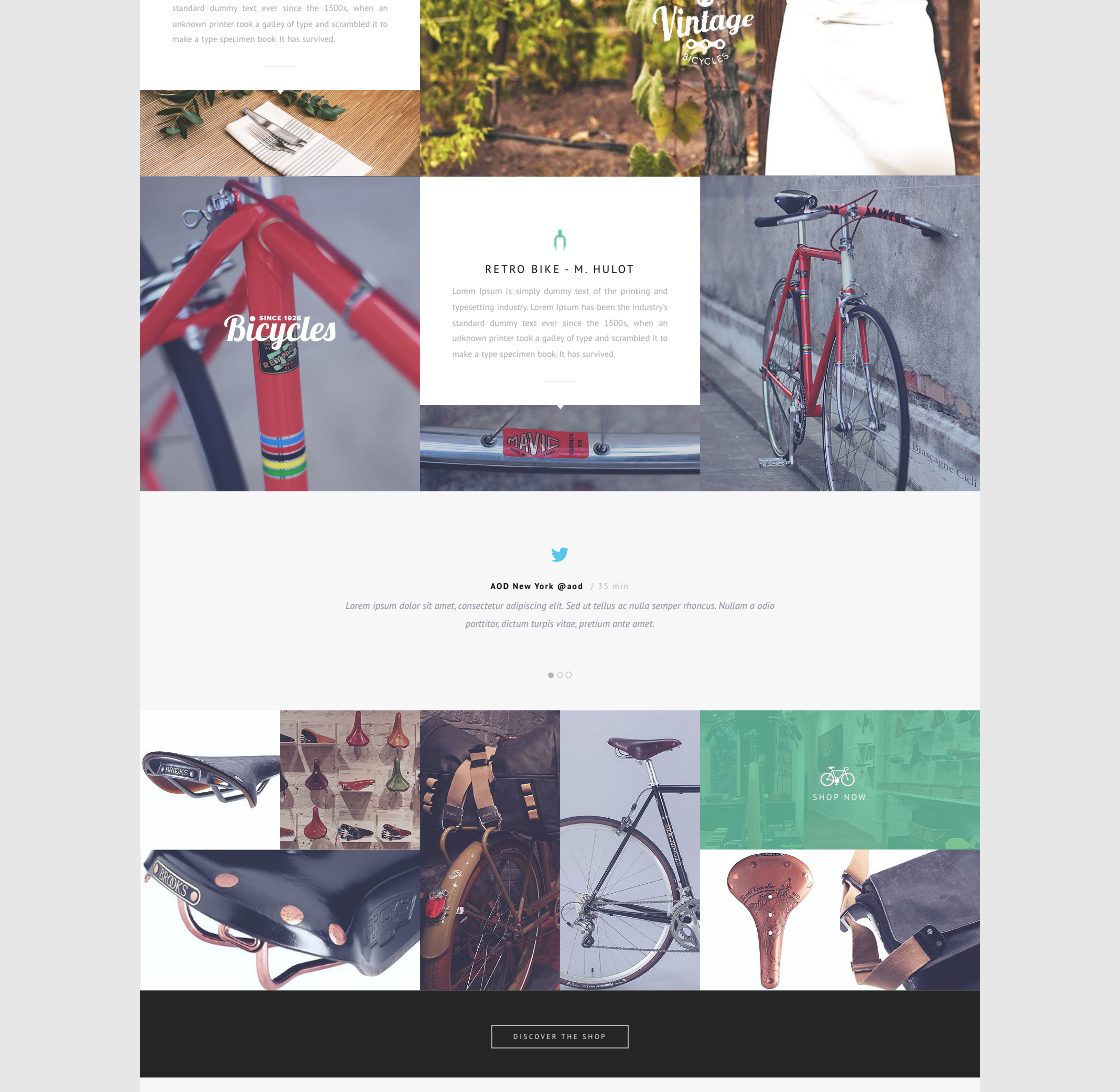
Repository: vancodes/longtable
Page: index.html
These files come from the project's save history. The page is drawn as it stood at one moment and after the next save; the edit follows.
The browser window is 1280 px wide. The page is 1600 px wide, so the pictures cover 1600 px, including what lies to the right of the window. The pictures show the part of the page from y = 1822 to 3382 px (the page is 3520 px tall before and 3069 px after), at 70% of full size.

Above is the page before, as saved 2019-04-08 15:10:26.

### index.html
<!DOCTYPE html>
<html>

<head>
  <meta charset="utf-8">
  <link href="index.css" type="text/css" rel="stylesheet">
  <title>Long table</title>
</head>

<body>
  <div class="wrapper">
    <!--Intro Section-->
    <div class="topbar">
      <h1>
      <ul>
        <li><a href="#">About Us</a></li>
    	   <p>.</p>
        <li><a href="#">Info</a></li>
        <li><a href="#"><img src="assets\logo.png" alt="logo"></a></li>
        <li><a href="https://www.gofundme.com/breast-lung-and-melanoma-cancer">Donate</a></li>
    	   <p>.</p>
        <li><a href="#">Contact</a></li>
      </ul>
    </h1>
    </div>
    <div class="hero">
      <img src="assets/cover.jpg" alt="">
    </div>
    <!--Navigation Section-->
    <div class="main" align="center">
      <div class="first">
        <img src="assets\breast-cancer-icon.png" alt="bike chain">
        <h2>Long table dinner fundraiser</h2>
        <h4>When: TBD Kelowna</h4>
        <h4>Where: TBD Summer 2019</h4>
        <p>Join us for an long table diner by Chef x. This dinner raise for Shenah Mochenski to get treatment for cancer and rheumatoid arthritis at the TrueNorth Health Center</p>
        <div class="email-container">
            <button>Join us</button>
          </div>
      </div>
      <!--Image Section-->
      <div class="bike-images">
        <div class="first-container">
          <div class="first-left">
            <div id="bike-logo">
              <img src="assets/bike.png" alt="bike logo">
            </div>
            <div id="logo">
              <img src="assets/bicycle-company-logo.png" alt="company logo">
            </div>
            <div id="vintage-left">
              <img src="assets\bike-1.jpg" alt="bike handle">
            </div>
          </div>
          <div class="first-right">
            <div class="location">
              <img src="assets\location-icon.png" alt="frame icon">
            </div>
            <div id="vintage-text">
              <h3>WHERE</h3>
              <p>Lorem Ipsum is simply dummy text of the printing and typesetting industry. Lorem Ipsum has been the industry's standard dummy text ever since the 1500s, when an unknown printer took a galley of type and scrambled it to make a type specimen
                book. It has survived.</p>
            </div>
            <div class="divider-line"></div>
            <div id="first-vintage-seat">
              <img img src="assets\seat.jpg" alt="bike seat">
            </div>
            <div class="arrow-down"></div>
          </div>
        </div>
        <div class="second-container">
          <div class="second-left">
            <div class="chef">
              <img src="assets\chef-icon.png" alt="sprocket icon">
            </div>
            <div id="vintage-text">
              <h3>CHEF</h3>
              <p>Lorem Ipsum is simply dummy text of the printing and typesetting industry. Lorem Ipsum has been the industry's standard dummy text ever since the 1500s, when an unknown printer took a galley of type and scrambled it to make a type specimen
                book. It has survived.</p>
            </div>
            <div class="divider-line"></div>
            <div id="second-chef">
              <img src="assets\chef-2.jpg" alt="vintage bike seat">
            </div>
            <div class="arrow-down"></div>
          </div>
          <div class="second-right">
            <div id="vintage-logo">
              <img src="assets\vintage-logo.png" alt="vintage bike logo">
            </div>
            <div id="chef">
              <img src="assets\chef.jpg" alt="chef">
            </div>
          </div>
        </div>
        <div class="retro-container">
          <div class="retro-left">
            <div id="retro-logo">
              <img src="assets/bicycle-logo.png" alt="Since 1962 logo">
            </div>
            <div id="retro-bike">
              <img src="assets\bike-rail.jpg" alt="bike rail">
            </div>
          </div>
          <div class="retro-middle">
            <div class="steering">
              <img src="assets\steering-icon.png" alt="steering icon">
            </div>
            <div id="vintage-text">
              <h3>Retro Bike - M. Hulot</h3>
              <p>Lorem Ipsum is simply dummy text of the printing and typesetting industry. Lorem Ipsum has been the industry's standard dummy text ever since the 1500s, when an unknown printer took a galley of type and scrambled it to make a type specimen
                book. It has survived.</p>
            </div>
            <div class="divider-line"></div>
            <div class="arrow-down"></div>
            <div id="retro-rail">
              <img src="assets\mavic.jpg" alt="vintage bike seat">
            </div>
          </div>
          <div class="retro-right">
            <div id="retro-bike-right">
              <img src="assets\bike-2.jpg" alt="retro bike">
            </div>
          </div>
        </div>
      </div>
      <!--Social Section-->
      <div class="main" align="center">
        <div class="last">
          <img src="assets\twitter-icon.png" alt="Twitter icon"><br>
          <span>AOD New York @aod</span>
          <span class="twitter-time"> / 35 min</span >
            <p>Lorem ipsum dolor sit amet, consectetur adipiscing elit. Sed ut tellus ac nulla semper rhoncus. Nullam a odio porttitor, dictum turpis vitae, pretium ante amet.</p>
          </div>
      </div>
<!--slider-->
    <div class="slider">
      <span class="dotfirst"></span>
          <span class="dot"></span>
          <span class="dot"></span>
        </div>
        <!--Photo Collage-->
        <div class="bottom-container">
          <div class="bottom-left">
            <div id="image-one">
              <img src="assets\bottom-image-1.jpg" alt="">
            </div>
            <div id="image-one">
              <img src="assets\bottom-image-2.jpg" alt="">
            </div>
            <div id="brooks-seat">
              <img src="assets\brooks-seat.png" alt="">
            </div>
          </div>
          <div class="bottom-middle">
            <div id="image-three">
              <img src="assets\bottom-image-3.jpg" alt="">
            </div>
            <div id="image-three">
              <img src="assets\bottom-image-4.jpg" alt="">
            </div>
          </div>
          <div class="bottom-right">
            <div id="bottom-bike-logo">
              <img src="assets/bike.png" alt="bike logo">
            </div>
            <div class="bottom-text">
              <p>shop now</p>
            </div>
            <div id="image-five">
              <img src="assets\bottom-image-5.jpg" alt="">
            </div>
            <div id="image-five">
              <img src="assets\bottom-image-6.jpg" alt="">
            </div>
          </div>
        </div>
        <div class="discover-container">
          <div class="discover-text">
            <button>discover the shop</button>
          </div>
        </div>
      </div>
      <div class="main" align="center">
        <div class="footer-container">
          <div class="footer-left">
            <span>AOD New York</span>
            <span class="footer-text">
      <p>2250 Lexington Avenue</p>
      <p>New York, NY 10035 - info@domain.com</p>
      </span >
      </div>
      <div class="footer-middle">
        <img src="assets\twitter.png" alt="twitter icon">
        <img src="assets\facebook.png" alt="facebook icon">
        <img src="assets\pinterest.png" alt="pinterest icon">
      </div>
      <div class="footer-right">
        <span class="footer-right-text">
          <p>Handcrafted by</p>
        </span>
            <img src="assets\yebo-logo.png" alt="yebo logo">
          </div>
        </div>
      </div>
      <!--end-->
    </div>
</body>
</html>

### index.css
/* http://meyerweb.com/eric/tools/css/reset/
   v2.0 | 20110126
   License: none (public domain)
*/

html, body, div, span, applet, object, iframe, h1, h2, h3, h4, h5, h6, p, blockquote, pre, a, abbr, acronym, address, big, cite, code, del, dfn, em, img, ins, kbd, q, s, samp, small, strike, strong, sub, sup, tt, var, b, u, i, center, dl, dt, dd, ol, ul, li, fieldset, form, label, legend, table, caption, tbody, tfoot, thead, tr, th, td, article, aside, canvas, details, embed, figure, figcaption, footer, header, hgroup, menu, nav, output, ruby, section, summary, time, mark, audio, video {
  margin: 0;
  padding: 0;
  border: 0;
  font-size: 100%;
  font: inherit;
  vertical-align: baseline;
}

/* HTML5 display-role reset for older browsers */

article, aside, details, figcaption, figure, footer, header, hgroup, menu, nav, section {
  display: block;
}

body {
  line-height: 1;
}

ol, ul {
  list-style: none;
}

blockquote, q {
  quotes: none;
}

blockquote:before, blockquote:after, q:before, q:after {
  content: '';
  content: none;
}

table {
  border-collapse: collapse;
  border-spacing: 0;
}

/*  fonts */

@font-face {
  font-family: PtSansWebBold;
  src: url(font/pt_sans-web-bold.ttf);
}

@font-face {
  font-family: PtSansWebBoldItalic;
  src: url(font/pt_sans-web-bolditalic.ttf);
}

@font-face {
  font-family: PtSansWebItalic;
  src: url(font/pt_sans-web-italic.ttf);
}

@font-face {
  font-family: PtSansWebRegular;
  src: url(font/pt_sans-web-regular.ttf);
}

body {
  font-family: PtSansWebRegular;
}

h1 {
  font-family: PtSansWebBold;
  font-size: 12px;
  text-transform: uppercase;
  letter-spacing: 2px;
}

h2 {
  font-family: PtSansWebBold;
  letter-spacing: 2.5px;
  text-transform: uppercase;
  text-align: center;
  line-height: 2.5em;
}

h3 {
  font-family: PtSansWebBold;
  letter-spacing: 2.5px;
  text-transform: uppercase;
  text-align: center;
  font-size: 12px;
  line-height: 2.5em;
}

h3 {
  font-family: PtSansWebRegular;
  letter-spacing: 2.5px;
  text-transform: uppercase;
  text-align: center;
  line-height: 2.5em;
  font-size: 16px;
}

h4 {
  font-family: PtSansWebRegular;
  font-size: 13px;
  text-transform: uppercase;
  letter-spacing: 2px;
  line-height: 2.1em;
}


p {
  font-family: PtSansWebRegular;
  font-size: 12px;
  color: #838199;
  text-align: center;
  line-height: 1.8em;
}

.bike-images p {
  font-family: PtSansWebRegular;
  font-size: 12.5px;
  color: #a5a5a5;
  text-align: justify;
  line-height: 1.8em;
}

.last span {
  font-family: PtSansWebBold;
  display: inline;
  font-size: 12px;
  text-align: center;
  line-height: 2.8em;
  letter-spacing: 1.5px;
}

.last .twitter-time {
  font-family: PtSansWebRegular;
  font-size: 12px;
  text-align: center;
  letter-spacing: 1.5px;
  color: #b2b1bd;
  padding-left: 6px;
}

.last p {
  font-family: PtSansWebItalic;
  font-size: 14px;
  color: #838199;
  text-align: center;
  line-height: 1.8em;
  padding: 0 55px;
}

.bottom-text p {
  font-family: PtSansWebRegular;
  letter-spacing: 2.5px;
  text-transform: uppercase;
  text-align: center;
  line-height: 2.5em;
  font-size: 12px;
  color: #fff;
}

.saddle-text p {
  font-family: PtSansWebItalic;
  font-size: 16px;
  text-align: center;
  letter-spacing: 0.5px;
  color: #838199;
  padding-left: 6px;
  margin-bottom: 20px;
}

/*  wrapper */

.wrapper {
  padding: 0 200px;
  width: 1200px;
  margin: 0 auto;
  background-color: #e8e7e7;
}

/* intro section */

.hero img {
  width: 100%;
}

.topbar {
  position: absolute;
  padding: 0px 317px;
  margin-top: 23px;
}

.topbar ul {
  width: 590px;
  margin: 0 auto;
}

.topbar li {
  display: inline-block;
  padding: 0 20px;
  float: left;
  position: relative;
  top: 52px;
  transform: translateY(-50%);
}

.topbar li a {
  text-decoration: none;
  color: #4D4B56;
}

.topbar li a img {
  width: 75px;
}

.hero img {
  vertical-align: bottom;
  width: 100%;
  padding-top: 150px;
  background-color: #F7F7F7
}

.topbar li a:hover {
  text-decoration: none;
  color: #ff000069;
}

.topbar p {
  padding: 0 20px;
  float: left;
  position: relative;
  top: 52px;
  transform: translateY(-50%);
  font-family: PtSansWebBold;
}

/* navigation section */

.main {
  background-color: #F7F7F7
}

.first {
  color: #4D4B56;
  padding: 80px 150px 80px 150px;
  max-width: 736px;
}

.first img {
  padding: 0px 46px;
}

/* bike images */

img {
  padding: 0;
  margin: 0;
}

.bike-images {
  background-color: #FFFF;
  position: relative;
}

.first-container {
  vertical-align: bottom;
  display: table;
}

.first-left {
  width: 800px;
  display: table-cell;
  vertical-align: bottom;
}

.first-right {
  display: table-cell;
  vertical-align: bottom;
  width: 400px;
}

#first-vintage-seat img {
  width: 400px;
  height: 123px;
  float: left;
}

#bike-logo img {
  width: 100px;
  position: absolute;
  margin-top: 179px;
  transform: translatex(-29%);
}

#logo img {
  width: 100px;
  position: absolute;
  margin-top: 240px;
  transform: translateX(-26%);
}

#vintage-left img {
  float: left;
  margin: auto;
  width: 800px;
}

.location img {
  width: 30px;
  margin-bottom: 5px;
}

#vintage-text {
  height: 162px;
  margin-bottom: 18px;
  overflow: hidden;
}

#vintage-text p {
  padding: 0px 46px;
}

.divider-line {
  height: 1px;
  background-color: #e2e2e2;
  margin: 0px 180px 33px;
}

.arrow-down {
  width: 0px;
  height: 0px;
  border-left: 5px solid transparent;
  border-right: 5px solid transparent;
  border-top: 6px solid #FFFF;
  position: absolute;
  transform: translateX(1955%);
}

.second-container {
  vertical-align: bottom;
  display: table;
}

#second-chef img {
  width: 400px;
  height: 123px;
  float: left;
  margin-bottom: -1.5px;
}

.second-left {
  width: 333px;
  display: table-cell;
  vertical-align: bottom;
}

.chef img {
  width: 30px;
  margin-bottom: 5px;
}

#chef img {
  float: right;
  width: 800px;
  vertical-align: bottom;
  margin-bottom: -2px;
}

.second-right {
  display: table-cell;
  vertical-align: bottom;
  width: 656px;
}

#vintage-logo img {
  width: 145px;
  position: absolute;
  margin-top: 167px;
  transform: translateX(-47%);
}

.retro-container {
  vertical-align: bottom;
  display: table;
}

.retro-left {
  display: table-cell;
  vertical-align: bottom;
  width: 333px;
}

.retro-middle {
  width: 400px;
  display: table-cell;
  vertical-align: bottom;
}

.retro-right {
  display: table-cell;
  vertical-align: bottom;
  width: 400px;
}

#retro-logo img {
  width: 160px;
  position: absolute;
  margin-top: 197px;
  transform: translateX(-50%);
}

#retro-bike img {
  float: right;
  width: 400px;
  vertical-align: bottom;
}

#retro-bike-right img {
  float: right;
  width: 400px;
  vertical-align: bottom;
}

.steering img {
  height: 30px;
  margin-bottom: 5px;
}

#retro-rail img {
  width: 400px;
  height: 123px;
  vertical-align: bottom;
}

.bottom-container {
  vertical-align: bottom;
  display: table;
  margin-top: 14px;
}

.bottom-left {
  display: table-cell;
  vertical-align: bottom;
  width: 400px;
}

.bottom-middle {
  display: table-cell;
  vertical-align: bottom;
  width: 400px;
}

.bottom-right {
  display: table-cell;
  vertical-align: bottom;
  width: 400px;
}

#image-one img {
  float: left;
  width: 200px;
  vertical-align: bottom;
  max-height: 199px;
}

#brooks-seat img {
  float: left;
  width: 400px;
  vertical-align: bottom;
}

#image-three img {
  float: left;
  width: 200px;
  vertical-align: bottom;
}

#image-five img {
  float: left;
  width: 400px;
  vertical-align: bottom;
  margin-top: -1px;
}

#bottom-bike-logo img {
  width: 50px;
  position: absolute;
  margin-top: 79px;
  transform: translatex(-57%);
}

.bottom-text {
  position: absolute;
  padding: 0px -4px;
  margin-top: 108px;
  width: 400px;
}

/* twitter-last section */

.last {
  padding: 80px 150px 50px 150px;
  max-width: 736px;
}

.last img {
  width: 25px;
  padding-bottom: 15px;
}

.noBorder {
  border: 0;
}

/* slider */

.dotfirst {
  width: 0.50rem;
  height: 0.50rem;
  background-color: #ADB2B6;
  border-radius: 50%;
  display: inline-block;
}

.dot {
  width: 0.40rem;
  height: 0.40rem;
  border-radius: #ADB2B6;
  background-color: #FFF;
  border-radius: 50%;
  border: 1px solid #ADB2B6;
  display: inline-block;
  -moz-border-radius: 50%;
  -webkit-border-radius: 50
}

.slider {
  color: #4D4B56;
  padding: 0px 0px 30px 0px;
  max-width: 736px;
}

/* last section */

.discover-container {
  background-color: #252525;
  height: 75px;
  padding-top: 50px;
}

.discover-text button {
  border: 1px solid #ffff;
  padding: 3px 30px;
  margin: 0 493px;
  font-family: PtSansWebRegular;
  letter-spacing: 2.5px;
  text-transform: uppercase;
  text-align: center;
  line-height: 2.5em;
  font-size: 10px;
  color: #fff;
  background-color: #252525;
}

.discover-text button:hover {
  background-color: #fff;
  color: #252525;
  box-shadow: none;
  transform: none;
  transition: 0.1s ease-in-out;
}

.email-container {
  background-color: #f7f7f7;
  padding: 25px 150px 50px 0px;
}

.email-container img {
  width: 65px;
  padding: 10px 420px;
}

input {
  border: 1px solid #e8e7e7;
  padding: 5px 30px;
  margin: 3px 255px;
  position: absolute;
  padding: 9px 109px 9px 20px;
  font-family: PtSansWebItalic;
  font-size: 14px;
  color: #e8e7e7;
  text-align: center;
  line-height: 1.8em;
  text-align: left;
}

.email-container button {
  margin: 0px;
  position: absolute;
  background-color: #66c4a1;
  padding: 2px 40px;
  font-family: PtSansWebRegular;
  letter-spacing: 2.5px;
  text-transform: uppercase;
  text-align: center;
  line-height: 2.5em;
  font-size: 16px;
  color: #fff;
}

.email-container button:hover {
  background-color: #fff;
  color: #66c4a1;
  box-shadow: none;
  transform: none;
  transition: 0.1s ease-in-out;
}

.footer-container {
  background-color: #f7f7f7;
  padding: 50px 150px;
  display: table
}

.footer-left {
  display: table-cell;
  width: 400px;
  text-align: left;
}

.footer-left span {
  font-size: 10px;
  color: #838199;
  font-weight: bold;
}

.footer-text p {
  font-family: PtSansWebItalic;
  font-size: 9px;
  color: #838199;
  line-height: 1.4em;
  text-align: left;
}

.footer-middle {
  display: table-cell;
  width: 400px;
  transform: translateX(33%);
  vertical-align: middle;
}

.footer-middle img {
  width: 20px;
}

.footer-right {
  width: 400px;
}

.footer-right-text p {
  font-family: PtSansWebItalic;
  font-size: 9px;
  color: #838199;
  line-height: 1.4em;
  margin-top: 23px;
  width: 60px;
  transform: translateX(95%);
}

.footer-right img {
  width: 30px;
  transform: translateX(300%);
  padding-top: 0px;
  margin-top: -16px;
  position: absolute;
}

After the next save:
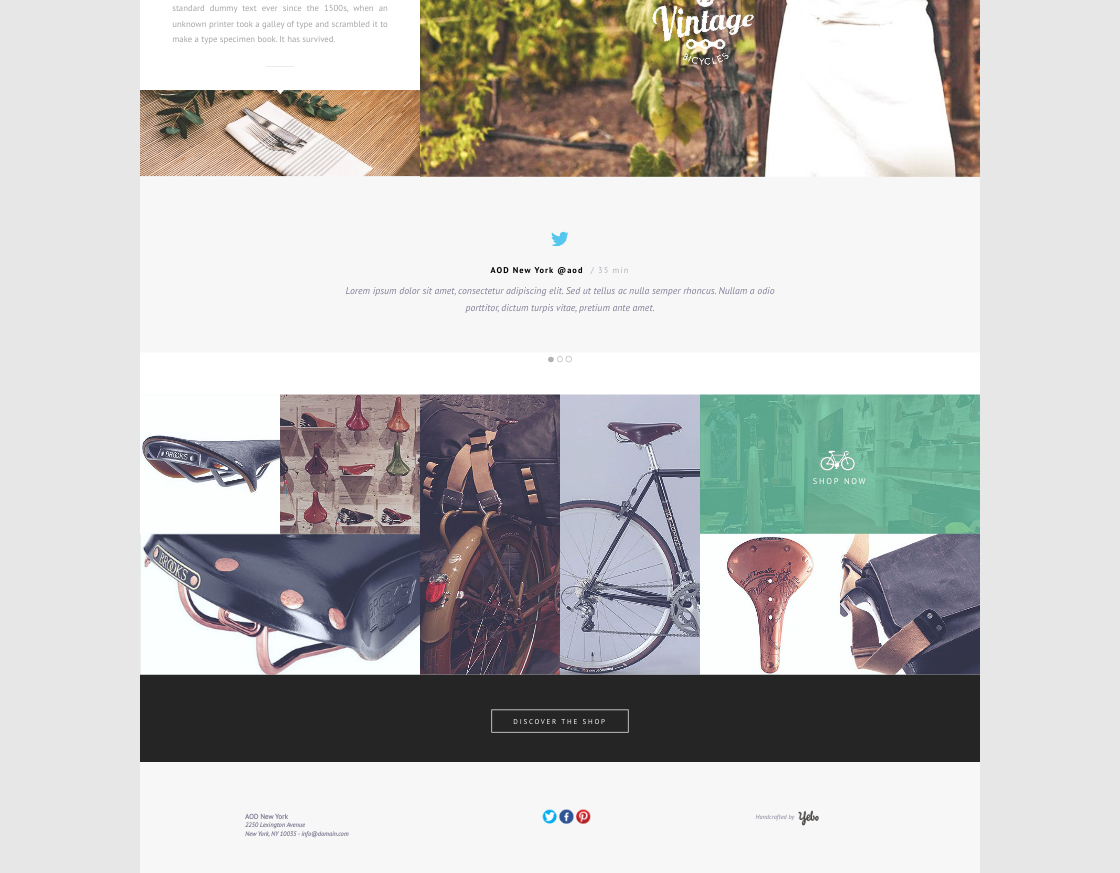
Saved 8 min 35 s later.
--- a/index.html
+++ b/index.html
@@ -93,7 +93,7 @@
             </div>
           </div>
         </div>
-        <div class="retro-container">
+        <!--<div class="retro-container">
           <div class="retro-left">
             <div id="retro-logo">
               <img src="assets/bicycle-logo.png" alt="Since 1962 logo">
@@ -123,7 +123,7 @@
             </div>
           </div>
         </div>
-      </div>
+      </div>-->
       <!--Social Section-->
       <div class="main" align="center">
         <div class="last">

After the 3 saves that followed:
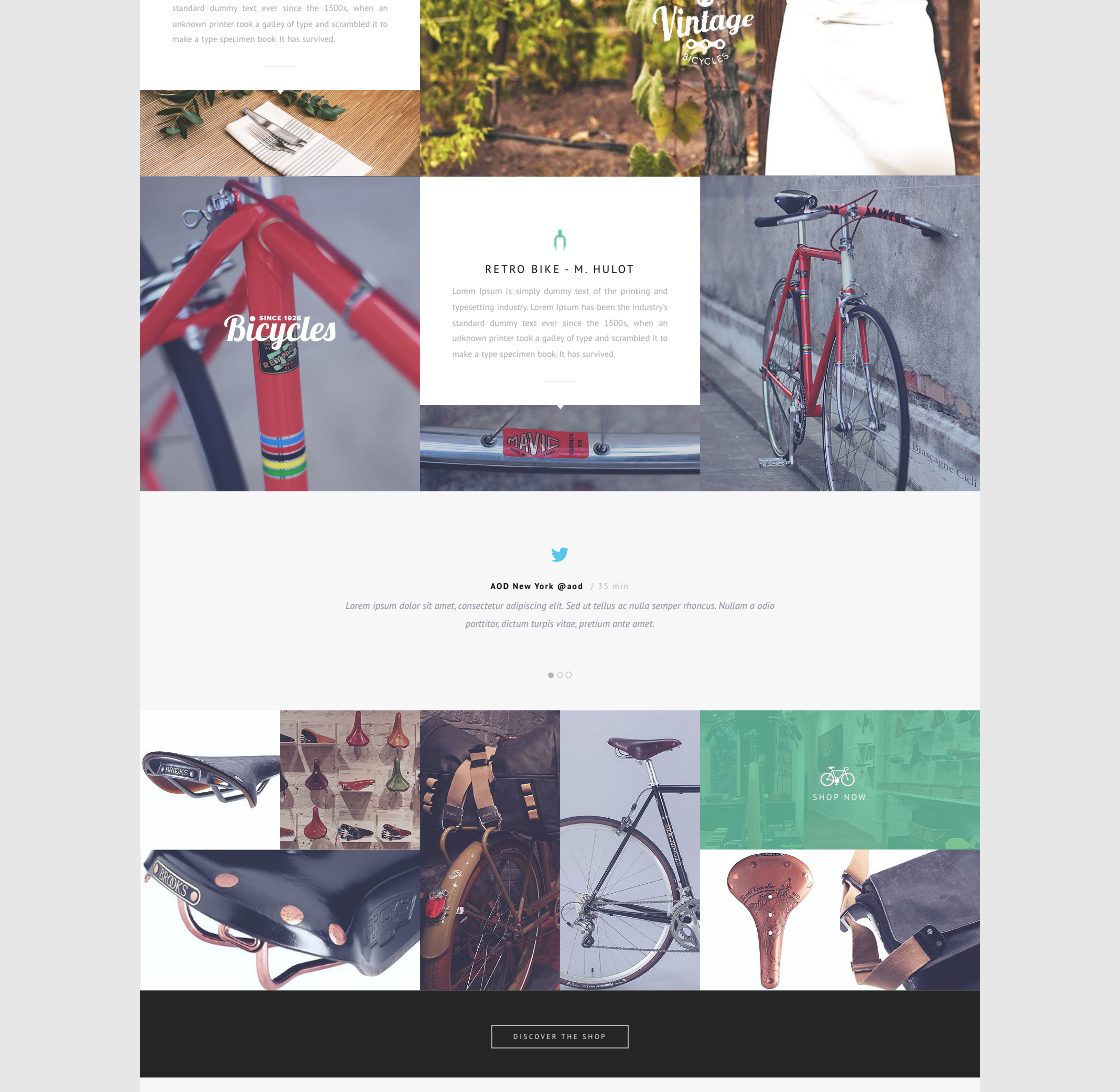
The 3 saves are shown as one change because 1 left the picture as it was and some came seconds apart.
The last was saved 7 min 45 s later.
--- a/index.html
+++ b/index.html
@@ -93,7 +93,7 @@
             </div>
           </div>
         </div>
-        <!--<div class="retro-container">
+        <div class="retro-container">
           <div class="retro-left">
             <div id="retro-logo">
               <img src="assets/bicycle-logo.png" alt="Since 1962 logo">
@@ -123,7 +123,7 @@
             </div>
           </div>
         </div>
-      </div>-->
+      </div>
       <!--Social Section-->
       <div class="main" align="center">
         <div class="last">
